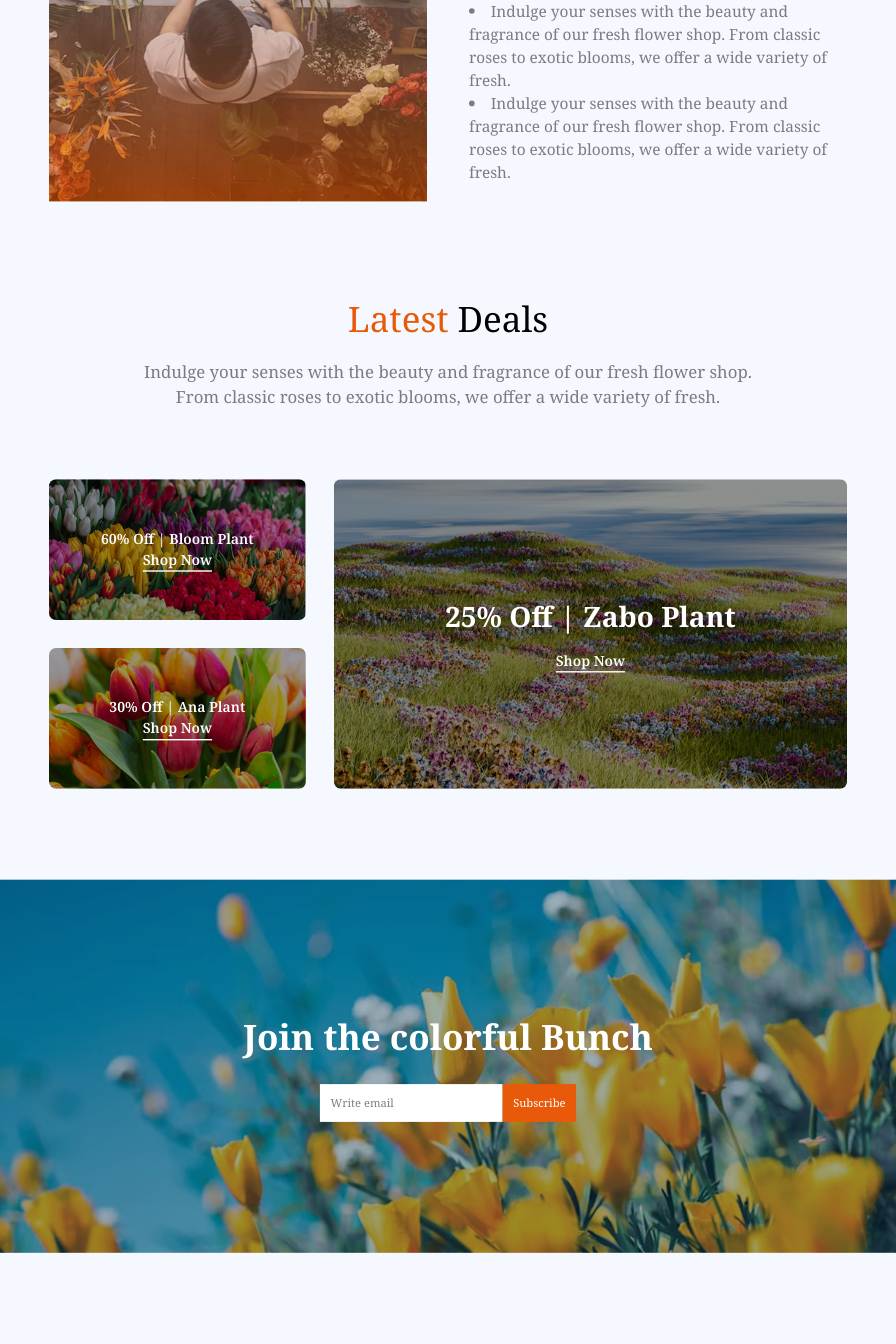
Repository: nahid-hasann/website-7
Page: index.html
The author's editor kept a copy of each file at every save. The page is drawn from the files as they stood at one save, then again after the next save.
The browser window is 1280 px wide. The pictures show the part of the page from y = 2514 to 4434 px (the page is 4434 px tall), at 70% of full size.
Some web libraries are served in a nearby version.

Above is the page before, as saved 2025-07-24 21:23:26.

### index.html
<!DOCTYPE html>
<html lang="en">
<head>
    <meta charset="UTF-8">
    <meta name="viewport" content="width=device-width, initial-scale=1.0">
    <title> website-7 </title>
    <link rel="stylesheet" href="style.css">
     <script src="https://cdn.jsdelivr.net/npm/@tailwindcss/browser@4"></script>
    <link rel="stylesheet" href="https://cdnjs.cloudflare.com/ajax/libs/font-awesome/7.0.0/css/all.min.css" integrity="sha512-DxV+EoADOkOygM4IR9yXP8Sb2qwgidEmeqAEmDKIOfPRQZOWbXCzLC6vjbZyy0vPisbH2SyW27+ddLVCN+OMzQ==" crossorigin="anonymous" referrerpolicy="no-referrer" />
   <link rel="preconnect" href="https://fonts.googleapis.com">
<link rel="preconnect" href="https://fonts.gstatic.com" crossorigin>
<link href="https://fonts.googleapis.com/css2?family=Noto+Serif:ital,wght@0,100..900;1,100..900&display=swap" rel="stylesheet">
</head>
<body class="noto-serif-nahid">


    <header>
        <nav>
            <div class="nav-logo">
                <img src="assets/logo.png" alt="">
            </div>
            <div class="nav-menu">
                <ul>
                    <li class="ul-li" style="color: black; font-weight: bold;">Home</li>
                    <li class="ul-li" >Shop</li>
                    <li class="ul-li" >About us</li>
                    <li class="last-li" style="color: black;"><i class="fa-solid fa-cart-shopping"></i>Cart ($56)</li>
                </ul>
            </div>
        </nav>
    </header>

    <main>

        <section class="banner">
            <div class="banner-section">
                <div class="banner-description">
                    <h1>ALWAYS <span style="color: #e85a0a;">FRESH <br> FLOWERS</span></h1>
                    <p>Indulge your senses with the beauty and fragrance of our fresh flower shop. From classic roses to exotic blooms, we offer a wide variety of fresh flowers that are perfect for any occasion.  </p>
                </div>
                <div class="banner-img">
                    <img src="assets/hero-flower.png" alt="">
                </div>
            </div>
        </section>

        <section class="plants-section">
             <h1> <span style="color: #e85a0a;">Our</span> Plants</h1>
             <p>Indulge your senses with the beauty and fragrance of our fresh flower shop. From classic roses to exotic blooms, we offer a wide variety of fresh.</p>
             <div class="plants-card">
                <div class="card">
                    <img src="assets/sample-flower-image.png" alt="">
                    <h4>Lily Blossom</h4>
                    <h2>20 USD</h2>
                    <button class="btn">ADD TO CART</button>
                </div>
                 <div class="card">
                    <img src="assets/sample-flower-image.png" alt="">
                    <h4>Lily Blossom</h4>
                    <h2>20 USD</h2>
                    <button class="btn">ADD TO CART</button>
                </div>
                 <div class="card">
                    <img src="assets/sample-flower-image.png" alt="">
                    <h4>Lily Blossom</h4>
                    <h2>20 USD</h2>
                    <button class="btn">ADD TO CART</button>
                </div>
                 <div class="card">
                    <img src="assets/sample-flower-image.png" alt="">
                    <h4>Lily Blossom</h4>
                    <h2>20 USD</h2>
                    <button class="btn">ADD TO CART</button>
                </div>
                 <div class="card">
                    <img src="assets/sample-flower-image.png" alt="">
                    <h4>Lily Blossom</h4>
                    <h2>20 USD</h2>
                    <button class="btn">ADD TO CART</button>
                </div>
                 <div class="card">
                    <img src="assets/sample-flower-image.png" alt="">
                    <h4>Lily Blossom</h4>
                    <h2>20 USD</h2>
                    <button class="btn">ADD TO CART</button>
                </div>
                 <div class="card">
                    <img src="assets/sample-flower-image.png" alt="">
                    <h4>Lily Blossom</h4>
                    <h2>20 USD</h2>
                    <button class="btn">ADD TO CART</button>
                </div>
                 <div class="card">
                    <img src="assets/sample-flower-image.png" alt="">
                    <h4>Lily Blossom</h4>
                    <h2>20 USD</h2>
                    <button class="btn">ADD TO CART</button>
                </div>
             </div>
        </section>

        <section class="plants-lover-section">
            <div class="plants-lover-div">
                <div class="plants-lover-img">
                <img src="assets/flower-store.png" alt="">
                <div class="badge">
                    <img class="badge-img" src="assets/trusted-badge.png" alt="">
                </div>
            </div>
            <div class="plants-lover-content">
                <h1>Flower & Plants Lover</h1>
                <or>
                    <li>Indulge your senses with the beauty and fragrance of our fresh flower shop. From classic roses to exotic blooms, we offer a wide variety of fresh.</li>
                    <li>Indulge your senses with the beauty and fragrance of our fresh flower shop. From classic roses to exotic blooms, we offer a wide variety of fresh.</li>
                    <li>Indulge your senses with the beauty and fragrance of our fresh flower shop. From classic roses to exotic blooms, we offer a wide variety of fresh.</li>
                </or>
            </div>
            </div>
        </section>

        <section class="offer-main-section">

            <h1 class="text-[50px]"><span style="color: #e85a0a;">Latest</span>  Deals</h1>
            <p>Indulge your senses with the beauty and fragrance of our fresh flower shop. <br> From classic roses to exotic blooms, we offer a wide variety of fresh.</p>

           <div class="offer-section">
            <div class="card card-1">
                 <h3>60% Off | Bloom Plant</h3>
                 <a href="#">Shop Now</a>
            </div>
            <div class="card big-card">
                <h2>25% Off | Zabo Plant</h2>
                <a href="#">Shop Now</a>
            </div>
            <div class="card card-2">
                 <h3>30% Off | Ana Plant</h3>
                 <a href="#">Shop Now</a>
            </div>

           </div>

  </section>

  <section class="subscribe-section">

    <h1>Join the colorful Bunch</h1>

    <div class="subscibe">
        <input type="text" name="" placeholder="Write email" id="">
        <button class="btn-2">Subscribe</button>
    </div>
  </section>


    </main>




</body>
</html>

### style.css


*{
    margin: 0;
    padding: 0;
    box-sizing: border-box;
}


.noto-serif-nahid {
  font-family: "Noto Serif", serif;
  font-optical-sizing: auto;
  font-style: normal;
  font-variation-settings:
    "wdth" 100;
}

body{
    background-color: #f5f8ff;
}



/* header suru  */

header{
   margin: 20px auto;
   max-width: 1140px;
}

nav{
    display: flex;
    justify-content: space-between;
    align-items: center;
}

.nav-logo img{
    width: 100%;
}

.nav-menu ul{
     display: flex;
     gap: 30px;
     align-items: center;
     justify-content: center;
     margin: auto 0;
}

.nav-menu ul li{
    color: rgba(137, 135, 161, 1);
    font-weight: 400;
}


/* header sesh  */

/* banner-section  */

.banner{
    margin: 230px auto 130px auto;
    max-width: 1140px;

}

.banner-section{
     display: flex;
     align-items: end;
     justify-content: center;
}

.banner-description h1{
    font-size: 65px;
    font-weight: 800;

}

.banner-description p{
    font-size: 22px;
    color: #7b7c80;
}

.banner-img img{
    max-width: 570px;
}

/* banner-section  */

/* plants-section suru */

.plants-section{
    width: 1140px;
    margin: 130px auto;
}

.plants-section h1{
    text-align: center;
    font-size: 50px;
    margin-bottom: 14px;
    font-weight: 700;
}

.plants-card{
    display: grid;
    grid-template-columns: 1fr 1fr 1fr 1fr;
    gap: 30px;
    row-gap: 60px;
    margin-top: 60px;
}

.plants-section p{
    font-size: 22px;
    color: #7b7c80;
    text-align: center;
}

.card {
    display: flex;
    flex-direction: column;
    align-items: center;
    justify-content: center;
}

.card h4{
    font-size: 22px;
    font-weight: 300;
    margin-top: 18px;
}

.card h2{
    font-size: 22px;
    font-weight: 700;
    margin-bottom: 18px;
}

.btn{
    background-color: #e85a0a;
    width: 100%;
    padding: 13px 0;
    color: white;
}

/* plants-section sesh  */

/* plants-lover-section suru  */

.plants-lover-section{
    width: 1140px;
    margin: 180px auto 130px auto;
}



.plants-lover-div{
     display: grid;
     grid-template-columns: 1fr 1fr;
    align-items: center;
    justify-content: center;
    gap: 60px;
}

.plants-lover-img{
    position: relative;
}

.badge-img{
    position: absolute;
    top: -80px;
    right: -80px;
    width: 200px;
    z-index: 999;
     animation-name: zoominout;
    animation-timing-function: ease-in-out;
    animation-iteration-count: infinite;
    animation-duration: 4s;
}

@keyframes zoominout{
    0%, 100%{
        transform: scale(1);
    }

    50%{
        transform: scale(1.1);
    }
}



.plants-lover-content h1{
     font-size: 50px;
     font-weight: 700;
}

.plants-lover-content or li{
    font-size: 22px;
    color: #7b7c80;
}

/* plants-lover-section sesh  */


/* offer-section start  */

.offer-main-section{
    width: 1140px;
    margin: 130px auto;
}

.offer-main-section h1{
    text-align: center;
    margin-bottom: 20px;
}

.offer-main-section p{
    color: #7b7c80;
    text-align: center;
    margin-bottom: 100px;
    font-size: 24px;
}

.offer-section{
    display: grid;
    grid-template-columns: 1fr 2fr;
    margin: auto;
    width: 1140px;
    gap: 40px;
    grid-auto-rows: 201px;
    margin-top: 50px;
}

.card{
    border-radius: 10px;
}

.card h3{
    font-size: 20px;
    font-weight: 600;
    color: white;
}

.card a{
    border-bottom: 2px solid white;
    color: white;
    font-size: 20px;
    font-weight: 600;
}

.big-card h2{
    font-size: 40px;
    color: white;
}

.card-1{
    background: linear-gradient(rgba(0, 0, 0, 0.4), rgba(0, 0, 0, 0.4)), url('assets/deal-bloom.png') ;
    height: 201px;
    grid-column: 1;
    grid-row: 1;
     background-repeat: no-repeat;
    background-position: center;
    background-size: cover;
}

.big-card{
    background: linear-gradient(rgba(0, 0, 0, 0.4), rgba(0, 0, 0, 0.4)),   url('assets/deal-zabo.png');
    grid-column: 2;
    grid-row: span 2;
    background-repeat: no-repeat;
    background-position: center;
    background-size: cover;
}

.card-2{
        background: linear-gradient(rgba(0, 0, 0, 0.4), rgba(0, 0, 0, 0.4)),   url('assets/deal-ana.png');
        height: 201px;
        grid-column: 1;
    grid-row: 2;
     background-repeat: no-repeat;
    background-position: center;
    background-size: cover;
}

/* offer-section end  */

/* subscribe-section start  */

.subscribe-section{
    margin: 130px 0;
    background: url('assets/news-letter-bg.png') ;
    height: 533px;
    display: flex;
    flex-direction: column;
    align-items: center;
    justify-content: center;
}

.subscribe-section h1{
    font-size: 50px;
    text-align: center;
    margin-bottom: 30px;
    color: white;
    font-weight: 700;
}

.subscibe{
    max-width: 833px;
    display: flex;
}

.subscibe input{
    background-color: white;
    width: ;
    padding: 15px 50px 15px 15px;

}

.btn-2{
    background-color: #e85a0a;
    padding: 15px ;
    color: white;
}

/* subscribe-section end  */








/* media screen  */

@media screen and (max-width:575px) {
    header{
        width: 100%;
    }

nav{
    margin:0 30px;

}

.nav-logo img{
    width: 63px;
}
    .ul-li{
        display: none;
    }

    .banner{
        max-width: 575px;
        margin-top: 70px ;
        margin-bottom: 70px;
    }

    .banner-section{
        flex-direction: column-reverse;

    }

    .banner-description{
        margin-left: 30px;
    }

    .banner-description h1{
    font-size: 24px;
}

.banner-description p{
    font-size: 14px;
}

.banner-img img{
    max-width: 400px;
    margin-bottom: 80px;
}

.plants-section{
    width: 100% ;
    padding: 0 20px ;
    margin: 70px 0;

}

.plants-card{
    display: grid;
    grid-template-columns: 1fr 1fr;
    gap: 20px;
    row-gap: 40px;
}

.plants-section h1{
    font-size: 24px;
}
.plants-section p{
    font-size: 14px;
}

.card h4{
    font-size: 15px;
}

.card h2{
    font-size: 15px;
}

.btn{
    font-size: 15px;
}

.plants-lover-section{
    width: 100%;
    margin: 70px 0;
    padding: 0 20px;
}

.plants-lover-div{
    grid-template-columns: 1fr;
}

.badge-img{
    display: none;
}


.plants-lover-content h1{
    font-size: 24px;
    margin-top: -30px;
}

.plants-lover-content or li{
    font-size: 14px;
}

.plants-lover-content or li:nth-child(2){
    margin-top: 15px;
    margin-bottom: 15px;
}

.plants-lover-content or li:first-child{
    margin-top: 15px;
}

.offer-main-section{
    width: 100%;
    padding: 0 20px;
    margin-top: 70px ;
    margin-bottom: 70px;
}

.offer-main-section h1{
    font-size: 24px;
}

.offer-main-section p{
    font-size: 14px;
    margin-top: 15px;
}

.offer-section{
    grid-template-columns: 1fr;
    width: 100%;
    margin: 0px 0 70px 0;
    padding: 0 20px;
}

.card h3 {
    font-size: 15px;
}

.card a{
    font-size: 15px;
}

.big-card h2{
    font-size: 15px;
}

.card-1{
    grid-column: 1;
    grid-row: 1;
}

.card-2{
    grid-column: 1;
    grid-row: 2;
}

.big-card{
    grid-column: 1;
    grid-row: 3;
}


}

After the next save:
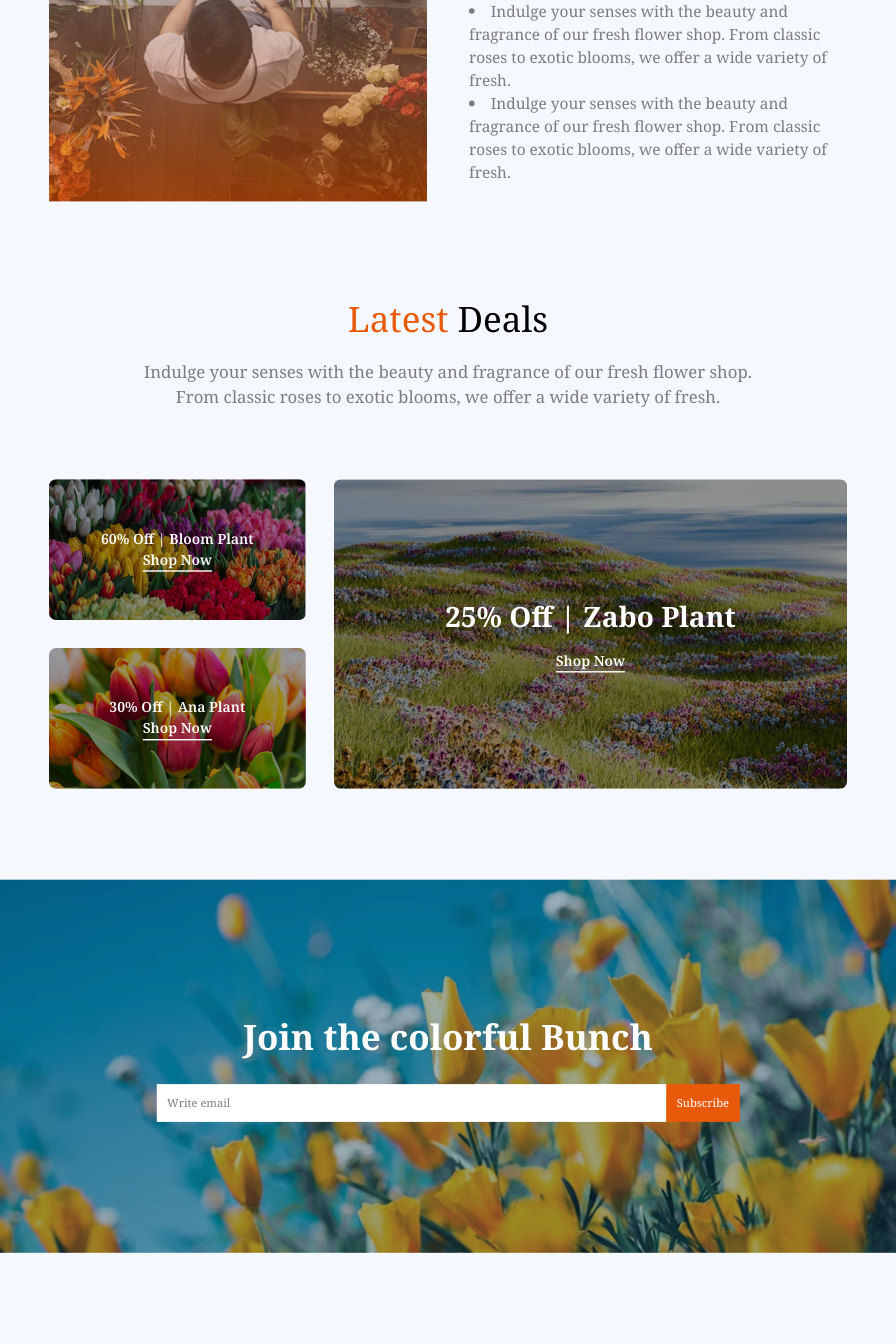
Saved 6 s later.
--- a/style.css
+++ b/style.css
@@ -308,7 +308,7 @@ nav{
 
 .subscibe input{
     background-color: white;
-    width: ;
+    width: 800px;
     padding: 15px 50px 15px 15px;
 
 }
